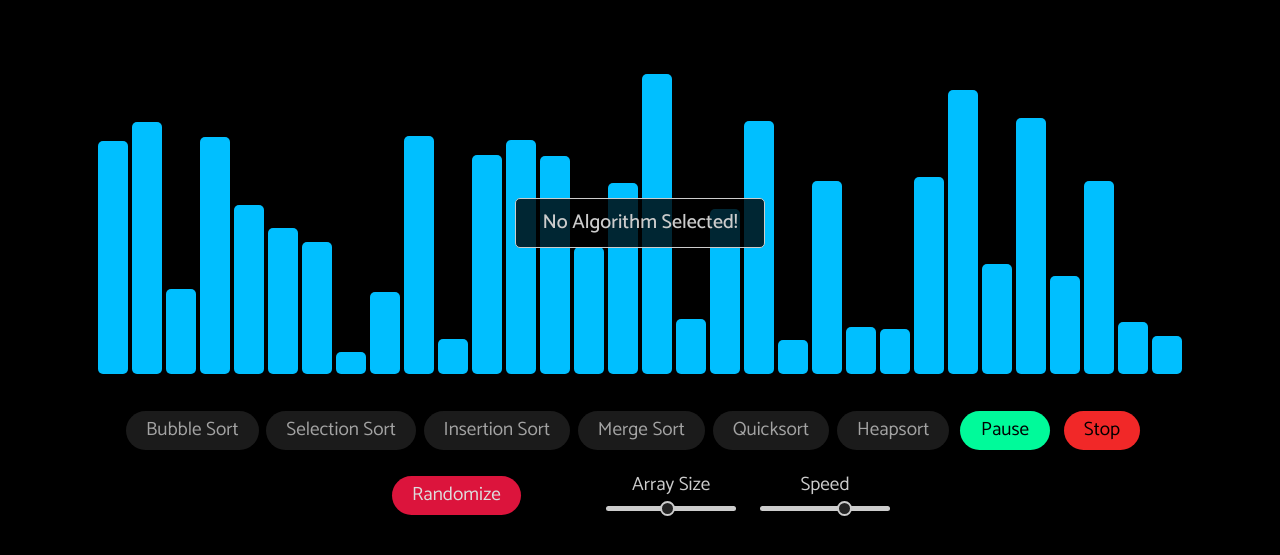
Repository: sneha1010/Sorting-visualizer
Page: index.html
An editor plug-in stored every save of this project. The page is shown before and after the next save, followed by the edit.
The browser window is 1280 px wide. The pictures show the whole page.
After loading, the first visible `#sort` was clicked once.

Above is the page before, as saved 2022-06-14 17:39:25.

After the next save:
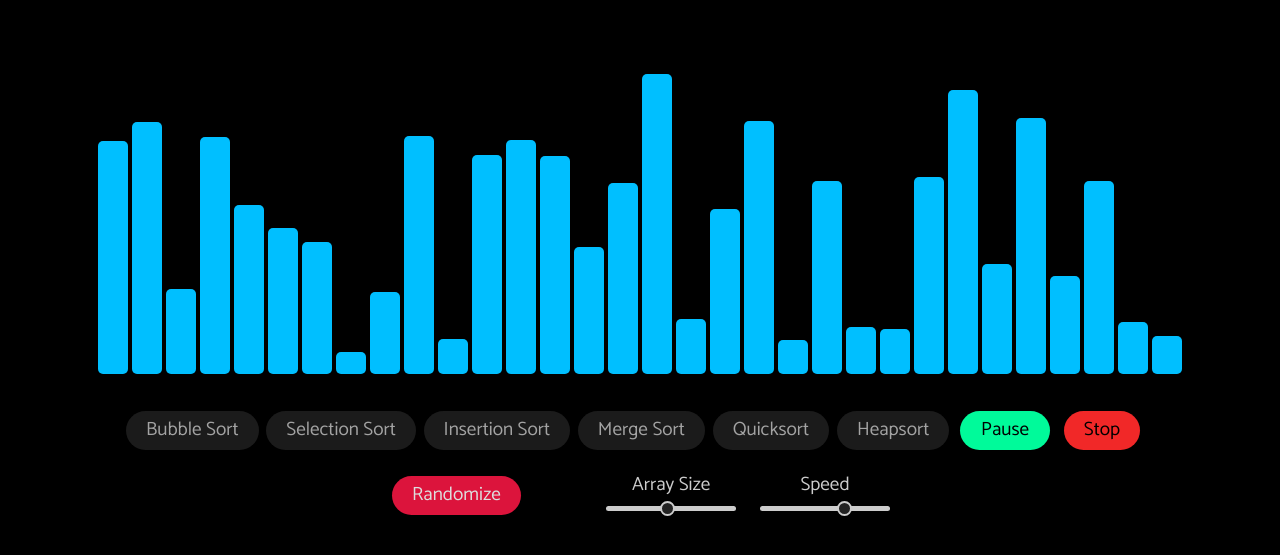
Console error: TypeError: $.unbind is not a function
Saved 45 s later.
--- a/assets/script.js
+++ b/assets/script.js
@@ -109,6 +109,7 @@
 function disableOthers() {
     $(".algo-btn").prop('disabled', true);
     // $("#selection").prop('disabled', true);
+    $.unbind('hover');
     $("#randomize").prop('disabled', true);
     $("#size-slider").prop('disabled', true);
 }

After the save that followed:
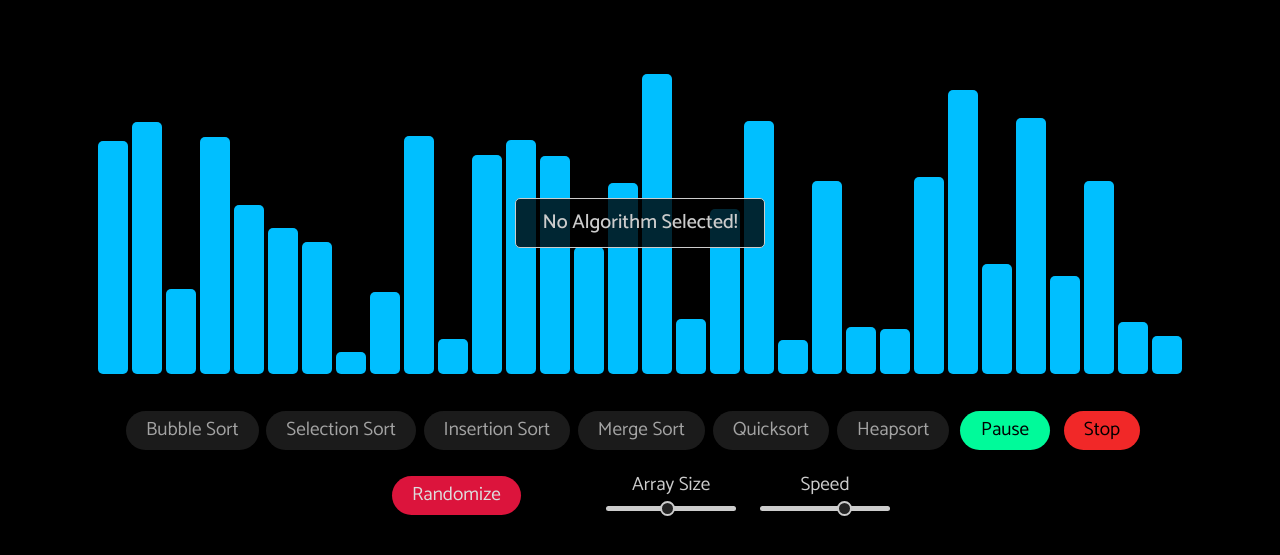
The error is gone.
Saved 33 s later.
--- a/assets/script.js
+++ b/assets/script.js
@@ -109,7 +109,7 @@
 function disableOthers() {
     $(".algo-btn").prop('disabled', true);
     // $("#selection").prop('disabled', true);
-    $.unbind('hover');
+    // $.unbind('hover');
     $("#randomize").prop('disabled', true);
     $("#size-slider").prop('disabled', true);
 }
